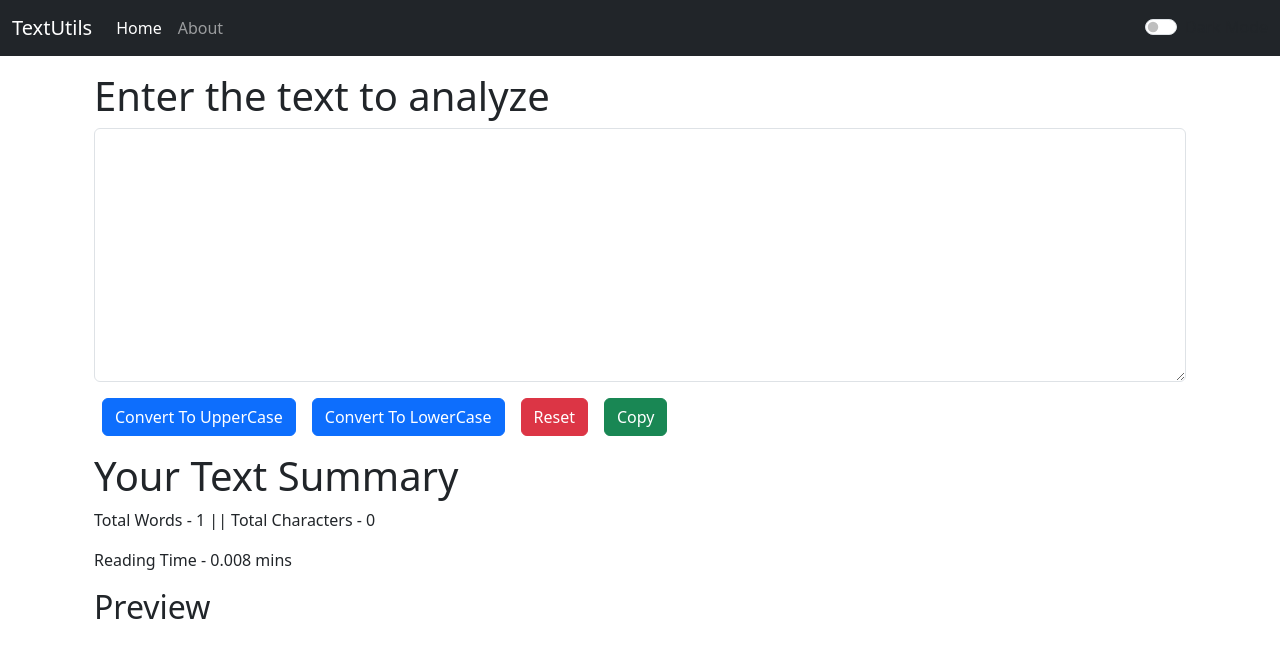
Repository: Rohit-foryou/Text-Utils
Page: /
An editor plug-in stored every save of this project. The page is shown before and after the next save, followed by the edit.
The browser window is 1280 px wide. The pictures show the whole page.
The project was rebuilt for these pictures with package versions that can differ from the ones it lists, and the page was loaded fresh each time. Also part of the build but not shown: src/index.css, src/App.css.

Above is the page before, as saved 2023-12-21 13:55:19.

### public/index.html
<!DOCTYPE html>
<html lang="en">
  <head>
    <meta charset="utf-8" />
    <link rel="icon" href="%PUBLIC_URL%/favicon.ico" />
    <meta name="viewport" content="width=device-width, initial-scale=1" />
    <meta name="theme-color" content="#000000" />
    <meta
      name="description"
      content="Web site created using create-react-app"
    />
    <link rel="apple-touch-icon" href="%PUBLIC_URL%/logo192.png" />
    <link rel="manifest" href="%PUBLIC_URL%/manifest.json" />

    <!-- Bootstrap CSS -->
    <link href="https://cdn.jsdelivr.net/npm/bootstrap@5.3.2/dist/css/bootstrap.min.css" rel="stylesheet" integrity="sha384-T3c6CoIi6uLrA9TneNEoa7RxnatzjcDSCmG1MXxSR1GAsXEV/Dwwykc2MPK8M2HN" crossorigin="anonymous">

    <title>React App</title>
  </head>
  <body>
    <noscript>You need to enable JavaScript to run this app.</noscript>
    <div id="root"></div>

    <script src="https://cdn.jsdelivr.net/npm/bootstrap@5.3.2/dist/js/bootstrap.bundle.min.js" integrity="sha384-C6RzsynM9kWDrMNeT87bh95OGNyZPhcTNXj1NW7RuBCsyN/o0jlpcV8Qyq46cDfL" crossorigin="anonymous"></script>
  </body>
</html>

### src/App.js
import "./App.css";
// import About from "./components/About";
import Navbar from "./components/Navbar";
import TextForm from "./components/TextForm";
import React, {useState} from "react";


function App() {
  const [mode, setMode] = useState('dark');
  return (
    <>
      <Navbar title = "TextUtils" aboutText = "About" mode={mode}/>
      <div className="container my-3">
      <TextForm heading = "Enter the text to analyze"/>
      {/* <About/> */}
      </div>
    </>
  );
}

export default App;

### src/components/Navbar.js
import React from 'react'
import PropTypes from 'prop-types'


export default function Navbar(props) {
  return (
    <nav className={`navbar navbar-expand-lg navbar-${props.mode} bg-${props.mode}`}>
        <div className="container-fluid">
          <a className="navbar-brand" href="/">{props.title}</a>
          <button className="navbar-toggler" type="button" data-bs-toggle="collapse" data-bs-target="#navbarSupportedContent" aria-controls="navbarSupportedContent" aria-expanded="false" aria-label="Toggle navigation">
            <span className="navbar-toggler-icon"></span>
          </button>
          <div className="collapse navbar-collapse" id="navbarSupportedContent">
            <ul className="navbar-nav me-auto mb-2 mb-lg-0">
              <li className="nav-item">
                <a className="nav-link active" aria-current="page" href="/">Home</a>
              </li>
              <li className="nav-item">
                <a className="nav-link" href="/">{props.aboutText}</a>
              </li>
            </ul>
            {/* <form className="d-flex" role="search">
              <input className="form-control me-2" type="search" placeholder="Search" aria-label="Search"/>
              <button className="btn btn-primary" type="submit">Search</button>
            </form> */}
              <div class="form-check form-switch text light">
              <input class="form-check-input" type="checkbox" role="switch" id="flexSwitchCheckDefault"/>
              <label class="form-check-label" for="flexSwitchCheckDefault">Dark Mode</label>
            </div>
          </div>
        </div>
      </nav>
  )
}

Navbar.propTypes = {title: PropTypes.string.isRequired,
                     AboutText: PropTypes.string}

// Navbar.defaultProps = {
//     title: 'write title',
//     aboutText: 'About',
// }

### src/components/TextForm.js
import React, {useState} from 'react'


export default function TextForm(props) {
  const handleUpClick = ()=>{
      // console.log("uppercase is clicked" + text)
      let newText =  text.toUpperCase();
      setText(newText)
  }
  const handleLowClick = ()=>{
      let newText =  text.toLowerCase();
      setText(newText)
  }
  const handleClearClick = ()=>{
      let newText =  '';
      setText(newText)
  }
  const handleCopyClick = () => {
    var text = document.getElementById("myBox");
    text.select();
    navigator.clipboard.writeText(text.value)
  };
  const handleOnChange = (event)=>{
      // console.log("On change")
      setText(event.target.value)
  }
  const [text, setText] = useState('');
  return (
    <>
    <div className='container'>
        <h1>{props.heading}</h1>
        <div className="mb-3">
        <textarea className="form-control" value = {text} onChange={handleOnChange} id="myBox" rows="10"></textarea>
        </div>
        <button className="btn btn-primary


        mx-2" onClick={handleUpClick}>Convert To UpperCase</button>
        <button className="btn btn-primary


        mx-2" onClick={handleLowClick}>Convert To LowerCase</button>
        <button className="btn btn-danger mx-2" onClick={handleClearClick}>Reset</button>
        <button className="btn btn-success mx-2" onClick={handleCopyClick}>Copy</button>
    </div>
    <div className="container my-3">
      <h1>Your Text Summary</h1>
      <p>Total Words - {text.split(" ").length} ||  Total Characters - {text.length}</p>
      <p>Reading Time - {0.008*text.split(" ").length} mins  </p>
      <h2>Preview</h2>
      <p>{text}</p>
    </div>
    </>
  )
}

Loaded but not shown: src/index.js (common file); src/reportWebVitals.js (common file)

After the next save:
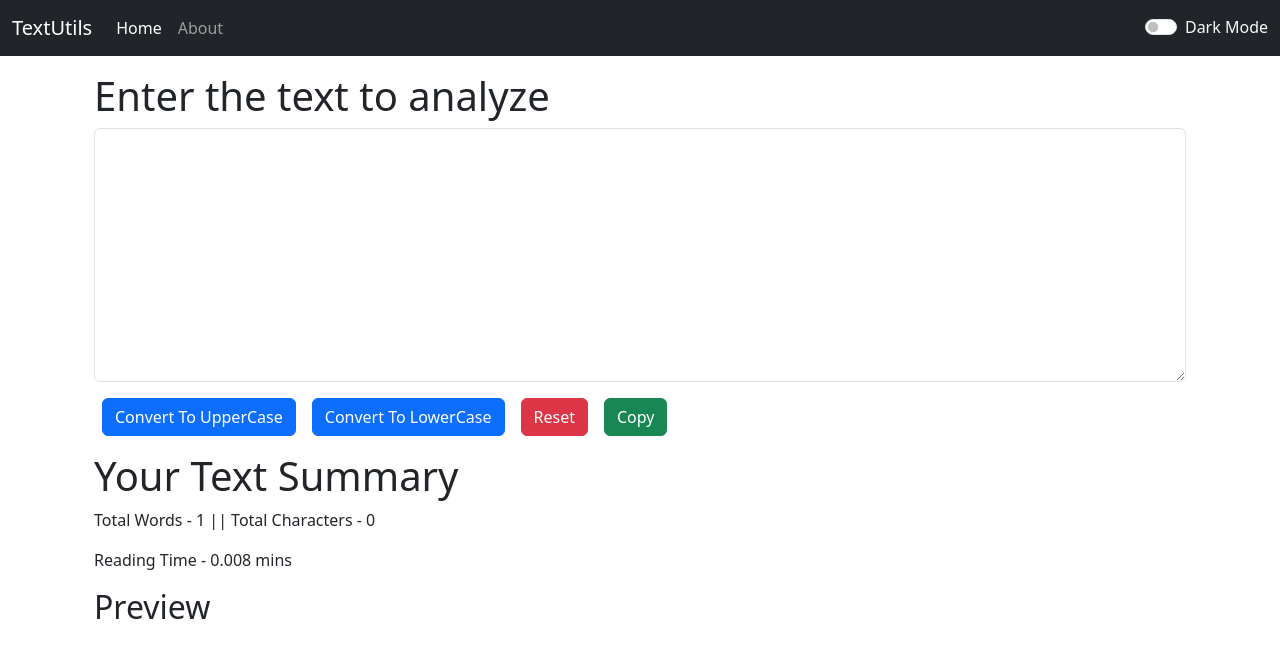
Saved 10 s later.
--- a/src/components/Navbar.js
+++ b/src/components/Navbar.js
@@ -23,7 +23,7 @@ export default function Navbar(props) {
               <input className="form-control me-2" type="search" placeholder="Search" aria-label="Search"/>
               <button className="btn btn-primary" type="submit">Search</button>
             </form> */}
-              <div class="form-check form-switch text light">
+              <div class="form-check form-switch text-light">
               <input class="form-check-input" type="checkbox" role="switch" id="flexSwitchCheckDefault"/>
               <label class="form-check-label" for="flexSwitchCheckDefault">Dark Mode</label>
             </div>
